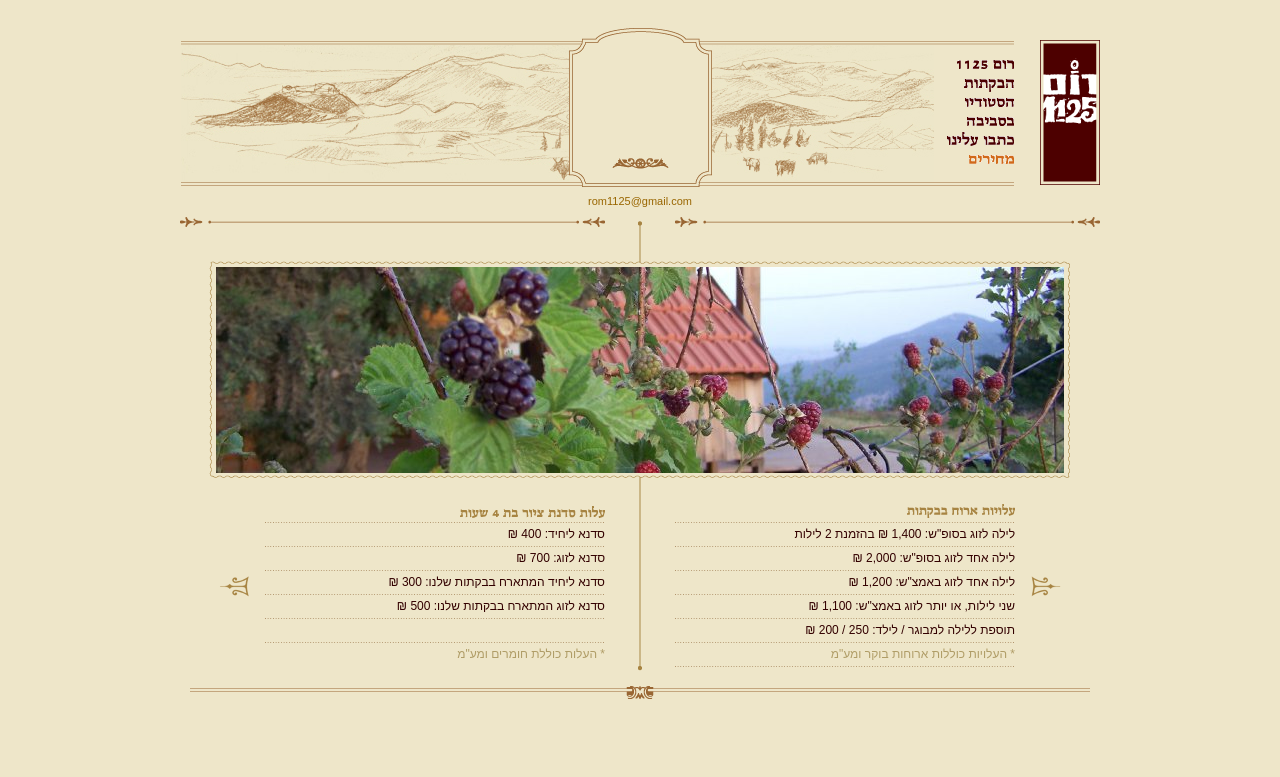
Repository: asafg/rom1125
Page: rom1125/WebContent/prices.html
An editor plug-in stored every save of this project. The page is shown before and after the next save, followed by the edit.
The browser window is 1280 px wide. The pictures show the whole page.

Above is the page before, as saved 2010-05-22 19:25:42.

### rom1125/WebContent/prices.html
<!DOCTYPE html PUBLIC "-//W3C//DTD XHTML 1.1//EN" "http://www.w3.org/TR/xhtml11/DTD/xhtml11.dtd">
<html xmlns="http://www.w3.org/1999/xhtml">

<head>
  <meta http-equiv="Content-Type" content="text/html; charset=utf-8"/>
  <title>רום 1125 - מחירים</title>
  <link rel="stylesheet" href="css/common.css" type="text/css" media="screen"/>
  <link rel="stylesheet" href="css/studio.css" type="text/css" media="screen"/>
</head>
<body>
<div id="main">
<!-- header -->
<div id="header">
<img id="logo" src="images/logo.png"/>
<div id="header_without_logo"><!-- The part of the header left of the logo -->
<div id="header_top"><img src="images/header_top.png"/></div>
<div id="toolbar_buttons">
<a id="home_link" href="index.html"><img src="images/blank.gif"/></a>
<a id="huts_link" href="huts.html"><img src="images/blank.gif"/></a>
<a id="studio_link" href="studio.html"><img src="images/blank.gif"/></a>
<a id="env_link" href="env.html"><img src="images/blank.gif"/></a>
<a id="media_link" href="media.html"><img src="images/blank.gif"/></a>
<img src="images/mehirim_hl.gif"/>
</div><!-- toolbar_buttons -->
<div class="header_image"><img src="images/header_right.jpg"/></div>
<div class="header_image"><img src="images/header_middle.png"/></div>
<div class="header_image"><img src="images/header_left.jpg"/></div>
<div id="header_bottom"><img id="header_bottom_image" src="images/header_bottom.png"/></div>
</div><!-- header_without_logo-->
<div id="email_address_div">
<a href="mailto:rom1125@gmail.com" class="email_address">rom1125@gmail.com</a>
</div><!-- email_address_div -->
</div><!-- header -->
<!-- now for the separators -->
<div id="right_part">
<img src="images/top_horiz_sep.png" class="sep_image"/>
</div><!-- right -->
<div id="top_vert_sep">
<img src="images/top_ball.png" class="sep_image"/>
<div id="top_vert_bar"></div>
</div><!-- top_vert_sep -->
<div id="left_part">
<img src="images/top_horiz_sep.png" class="sep_image"/>
</div><!-- left -->
<div id="frame">
<img id="prices_wide_photo" src="images/prices_wide_photo.jpg"/>
</div><!-- frame -->
<div id="bottom_right_part">
<div id="right_studio_orn">
<img src="images/right_studio_orn.png"/>
</div><!-- right_studio_orn -->
<div id="right_page_text">
<img src="images/prices_title1.png"/><br/>
<div class="page_text">
לילה לזוג בסופ"ש: 1,400 ₪ בהזמנת 2 לילות<br/>
 לילה אחד לזוג בסופ"ש: 2,000 ₪<br/>
 לילה אחד לזוג באמצ"ש: 1,200 ₪<br/>
 שני לילות, או יותר לזוג באמצ"ש: 1,100 ₪<br/>
 תוספת ללילה למבוגר / לילד: 250 / 200 ₪<br/>
 <span class="asterisk_text">* העלויות כוללות ארוחות בוקר ומע"מ</span><br/>
<br/>
</div><!-- page_text -->
</div><!-- right_page_text -->
</div><!-- bottom_right_part -->
<div id="bottom_vert_sep">
<div id="bottom_vert_bar"></div>
<img src="images/bottom_ball.png" class="sep_image"/>
</div><!-- bottom_vert_sep -->
<div id="bottom_left_part">
<div id="left_page_text">
<img src="images/prices_title2.png"/><br/>
<div class="page_text">
סדנא ליחיד: 400 ₪<br/>
סדנא לזוג: 700 ₪<br/>
סדנא ליחיד המתארח בבקתות שלנו: 300 ₪<br/>
סדנא לזוג המתארח בבקתות שלנו: 500 ₪<br/>
<br/>
<span class="asterisk_text">* העלות כוללת חומרים ומע"מ</span><br/>
</div><!--  page text -->
</div><!-- left_page_text -->
<div id="left_studio_orn">
<img src="images/left_studio_orn.png"/>
</div><!-- left_studio_orn -->
</div>
<div id="footer">
<img src="images/footer_sep.png" class="sep_image"/>
</div><!-- footer -->
</div><!-- main -->
</body>
</html>

### rom1125/WebContent/css/common.css
body
{
	background-color: #EEE6C9;
	margin: 0px;
	padding: 0px;
}

#main
{
	width: 1000px;
	height: 750px;
	direction: rtl;
	margin-left: auto;
   	margin-right: auto;
}

/* beginning of header definitions */

#header
{
	margin-top: 27px;
}

#logo
{
	width: 60px;
	margin-top: 13px;
	margin-right: 40px;
	float: right;
}

#header_without_logo
{
	margin-right: 26px;
	margin-top: 1px;
	padding: 0px;
	width: 834px;
	float: right;
}

#header_top
{
	margin: 0px;
	padding: 0px;
	height: 17px;
	float: right;
	display: block;
}

#header_bottom
{
	margin: 0px;
	padding: 0px;
	height: 5px;
	float: right;
	display: block;
}

#header_bottom_image
{
	margin: 0px;
	padding: 0px;
	vertical-align: top;
}

.header_image
{
	margin: 0px;
	padding: 0px;
	height: 137px;
	float: right;
	display: block;
}

#toolbar_buttons
{
	margin-top: 11px;
	margin-left: 13px;
	float: right;
}

#toolbar_buttons img
{
	margin: 0px 0px 2px 0px; width: 67px; height: 17px; padding: 0px; display: block; border-width: 0px;
}

/*toolbar buttons images are set as background images in order to allow rollover effect using css (no javascript) */
#toolbar_buttons a#home_link   img {background: url("../images/rom.gif") top left no-repeat;}
#toolbar_buttons a#huts_link   img {background: url("../images/biktot.gif") top left no-repeat;}
#toolbar_buttons a#studio_link img {background: url("../images/studio.gif") top left no-repeat;}
#toolbar_buttons a#env_link    img {background: url("../images/sviva.gif") top left no-repeat;}
#toolbar_buttons a#media_link  img {background: url("../images/katvu.gif") top left no-repeat;}
#toolbar_buttons a#prices_link img {background: url("../images/mehirim.gif") top left no-repeat;}

#toolbar_buttons a#home_link:hover   img {background: url("../images/rom_hl.gif") top left no-repeat;}
#toolbar_buttons a#huts_link:hover   img {background: url("../images/biktot_hl.gif") top left no-repeat;}
#toolbar_buttons a#studio_link:hover img {background: url("../images/studio_hl.gif") top left no-repeat;}
#toolbar_buttons a#env_link:hover    img {background: url("../images/sviva_hl.gif") top left no-repeat;}
#toolbar_buttons a#media_link:hover  img {background: url("../images/katvu_hl.gif") top left no-repeat;}
#toolbar_buttons a#prices_link:hover img {background: url("../images/mehirim_hl.gif") top left no-repeat;}

#email_address_div
{
	padding-top: 8px;
	margin-left: auto;
    margin-right: auto;
	font-family: arial, sans-serif;
	font-size: 11px;
	display: block;
	text-align: center;
	clear: both;
}

a.email_address:link, a.email_address:active, a.email_address:focus, a.email_address:visited
{
	color: #996600;
	text-decoration: none;
}

a.email_address:hover
{
	color: #CC6600;
	text-decoration: none;
}

/* end of header definitions */

#right_part
{
	width: 425px;
	margin-top: 10px;
	margin-right: 40px;
	float: right;
}

#vert_sep
{
	float: right;
	margin: 14px 33px 0px 33px;
	padding: 0px;
}

#vert_bar
{
	width: 2px;
	height: 440px;
	margin: 0 1px 0 1px;
	background-color: #cbb787;
}

#left_part
{
	width: 425px;
	margin-top: 10px;
	margin-left: 0px;
	float: right;
}

.sep_image
{
	padding: 0;
	display: block;
}

#footer
{
	margin: 0px 50px 0px 50px;
	padding-top: 33px;
	float: none;
	clear: both;
}

### rom1125/WebContent/css/studio.css
#frame
{
	background-image: url("../images/studio_frame.png");
	background-repeat: no-repeat;
	height: 217px;
	margin: 54px 0 0 69px;
	padding: 0;
}

#prices_wide_photo
{
	margin: 6px 76px;
}

#bottom_right_part
{
	width: 425px;
	height: 125px;
	margin-top: 10px;
	margin-right: 40px;
	float: right;
}

#top_vert_sep
{
	margin: 14px 33px 0px 33px;
	float: right;
}

#top_vert_bar, #bottom_vert_bar
{
	width: 2px;
	margin: 0 1px 0 1px;
	background-color: #cbb787;
}

#top_vert_bar
{
	height: 35px;
}

#bottom_vert_bar
{
	height: 188px;
}

#bottom_vert_sep
{
	margin: 0px 33px 0 33px;
	float: right;
}

#bottom_left_part
{
	width: 425px;
	margin-top: 10px;
	margin-left: 0px;
	float: right;
}

#right_page_text, #left_page_text
{
	float: right;
	height: 170px;
	margin-top: 16px;
}

.asterisk_text
{
	color: #b09d67;
}

#right_page_text
{
	margin-right: 16px;
}

.page_text
{
	background-image: url("../images/dashed_line.png");
	background-repeat:repeat-y;
	float: right;
	width: 340px;
	line-height: 200%;
	font-family: arial;
	font-size: 12px;
	color: #330000;
}

#studio_ext_link
{
	margin: 4px 2px 0 0;
}

.left_arrow_small
{
	background-image: url("../images/left_arrow_small.png");
	border: 0;
	height: 9px;
	margin: 0 0 0 7px;
	width: 19px;
}

a:hover img.left_arrow_small
{
	background-image: url("../images/left_arrow_small_hl.png");
}

#studio_link_image
{
	background-image: url("../images/studio_link.png");
	border: 0;
	height: 10px;
	width: 144px;
}

a:hover #studio_link_image
{
	background-image: url("../images/studio_link_hl.png");
}

#right_studio_orn
{
	display: block;
	float: right;
	margin: 88px 39px 0 0;
	padding: 0;
	width: 30px;
	height: 21px;
}

#left_studio_orn
{
	display: block;
	float: right;
	margin: 88px 16px 0 0;
	padding: 0;
	width: 30px;
	height: 21px;
}

#footer
{
	padding-top: 12px;
}

.text_column
{
	background-image: url("../images/dashed_line.png");
	background-repeat: repeat-y;
	float: right;
	width: 205px;
	height: 409px;
	border: 0px solid black;
}

#columns_spacer
{
	float: right;
	width: 16px;
	height: 409px;
	border: 0px solid green;
}

/* image gallery */
#photo_frame
{
	position: relative;
	margin-top: 34px;
	width: 425px;
	height: 313px;
	overflow: hidden;
}

#photo_frame img
{
	padding: 6px 6px 0px 0px;
}

#photo_frame_overlay
{
	position:absolute; top:0; left:0; width: 100%; height: 100%; z-index:998;
	background: url("../images/frame_big.png") no-repeat center;
}

/* hide the slide show of the second hut */
#thumbnails_panel2, #slideshow2
{
	display: none;
}

#thumbnails_panel1, #thumbnails_panel2
{
	margin-top: 11px;
	width: 354px;
}

#upper_gallery_strip1, #upper_gallery_strip2
{
	margin: 12px 60px 7px 0px;
	float: right;
}

#lower_gallery_strip1, #lower_gallery_strip2
{
	margin: 6px 60px 0px 0px;
	float: right;
}

#thumbnails_toolbar1, #thumbnails_toolbar2
{
	margin-right: 35px;
	width: 354px;
}

#right_arrow1, #right_arrow2
{
	width: 24px;
	height: 11px;
	margin: 24px 0px 0px 3px;
	vertical-align: middle;
	clear: both;
	float: right;
	display: block;
	border: 0px;
}

img.right_arrow
{
	background: url("../images/right_arrow.gif") top left no-repeat;
}

img.right_arrow:hover
{
	background: url("../images/right_arrow_hl.gif") top left no-repeat;
}

img.right_arrow_disabled
{
	background: url("../images/right_arrow_da.png") top left no-repeat;
}

#left_arrow1, #left_arrow2
{
	width: 24px;
	height: 11px;
	margin: 24px 3px 0px 0px;
	float: right;
	border: 0px;
}

img.left_arrow
{
	background: url("../images/left_arrow.gif") top left no-repeat;
}

img.left_arrow:hover
{
	background: url("../images/left_arrow_hl.gif") top left no-repeat;
}

img.left_arrow_disabled
{
	background: url("../images/left_arrow_da.png") top left no-repeat;
}

#thumbnails1, #thumbnails2
{
	position: relative;
	width: 300px;
	height: 54px;
	float: right;
	overflow: hidden;
}

#thumbnails_wrapper1, #thumbnails_wrapper2
{
	position: absolute;
	width: 420px;
	height: 54px;
	/*float: right;*/
}

.thumbnail
{
	background: url("../images/frame_small.png") no-repeat center;
	margin-left: 3px;
	margin-right: 3px;
	width: 54px;
	height: 54px;
	float: right;
}

div.thumbnail:hover
{
	background: url("../images/frame_small_hl.png") no-repeat center;
	margin-left: 3px;
	margin-right: 3px;
	width: 54px;
	height: 54px;
	float: right;
}

img.thumbnail
{
	margin: 4px 4px auto;
	width: 46px;
	height: 46px;
	border: 1px black;
}
/* end of image gallery */

After the next save:
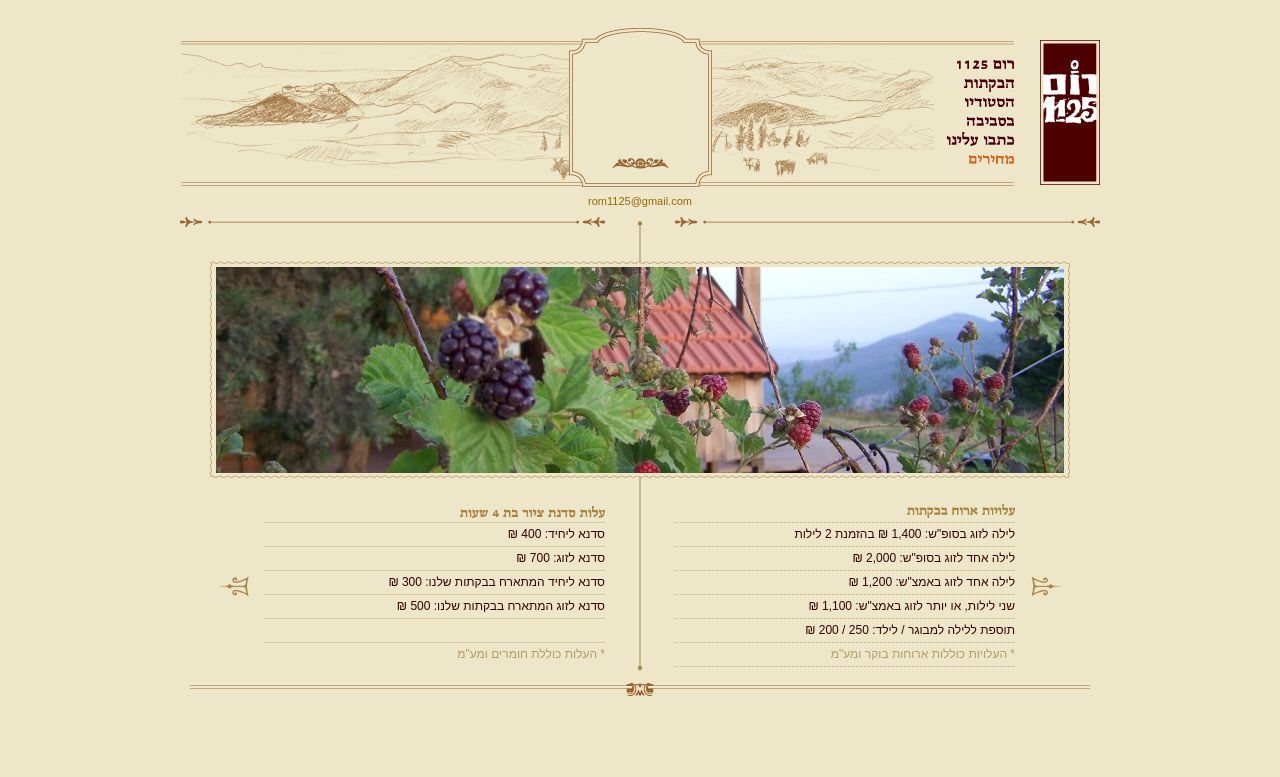
Saved 36 s later.
--- a/rom1125/WebContent/css/studio.css
+++ b/rom1125/WebContent/css/studio.css
@@ -61,7 +61,6 @@
 #right_page_text, #left_page_text
 {
 	float: right;
-	height: 170px;
 	margin-top: 16px;
 }
 
